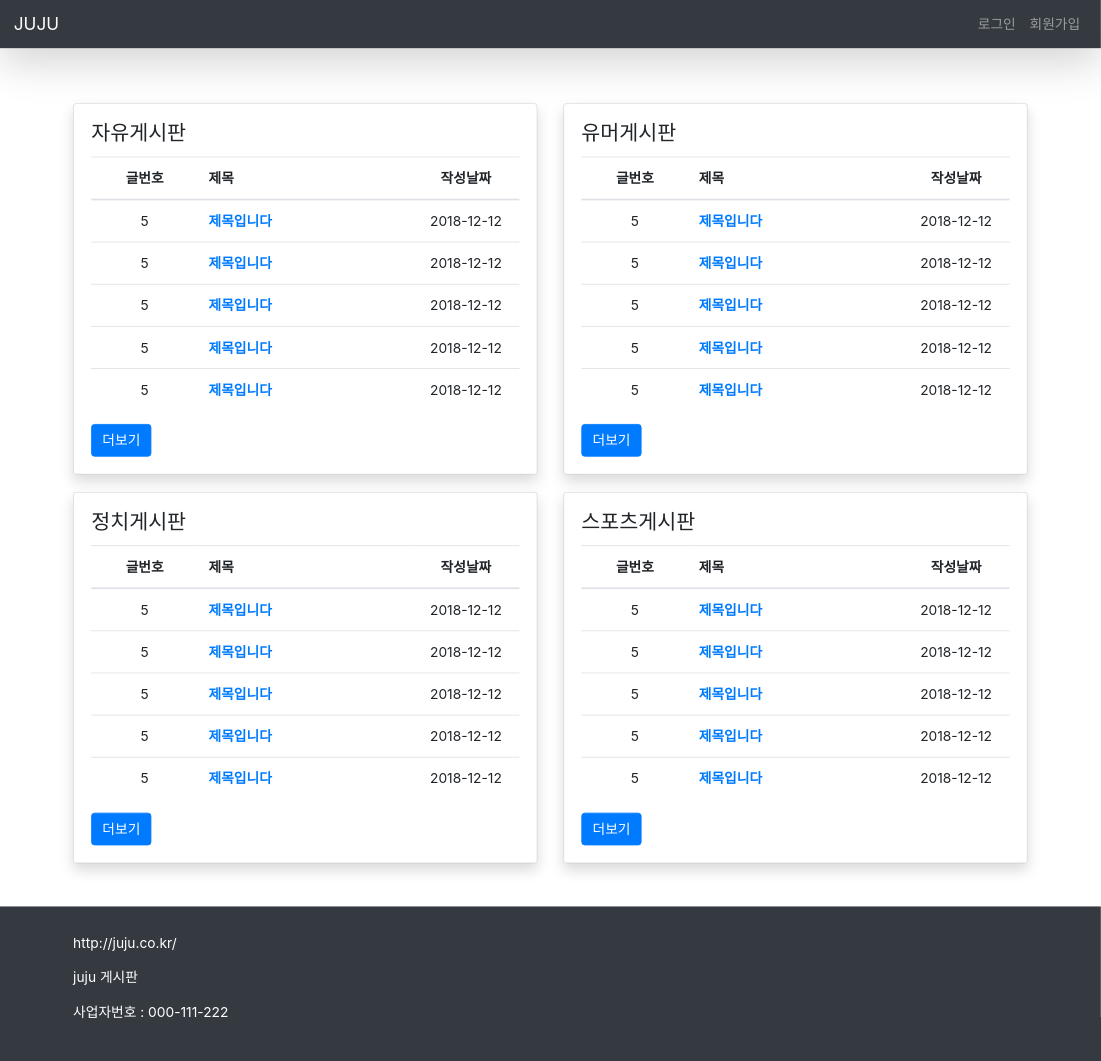
Repository: YeonJuJu/BoardProject
Page: http://localhost/projectJUJU/WEB-INF/view/main.jsp
An editor plug-in stored every save of this project. The page is shown before and after a run of saves, followed by the edit.
The browser window is 1280 px wide. The pictures show the whole page, at 86% of full size.
The page is served by Tomcat 9. Nobody is signed in. The template is opened directly, without the code that normally fills it, so the values that code supplies are empty.

Above is the page before, as saved 2021-04-09 03:02:01.

After the next 2 saves:
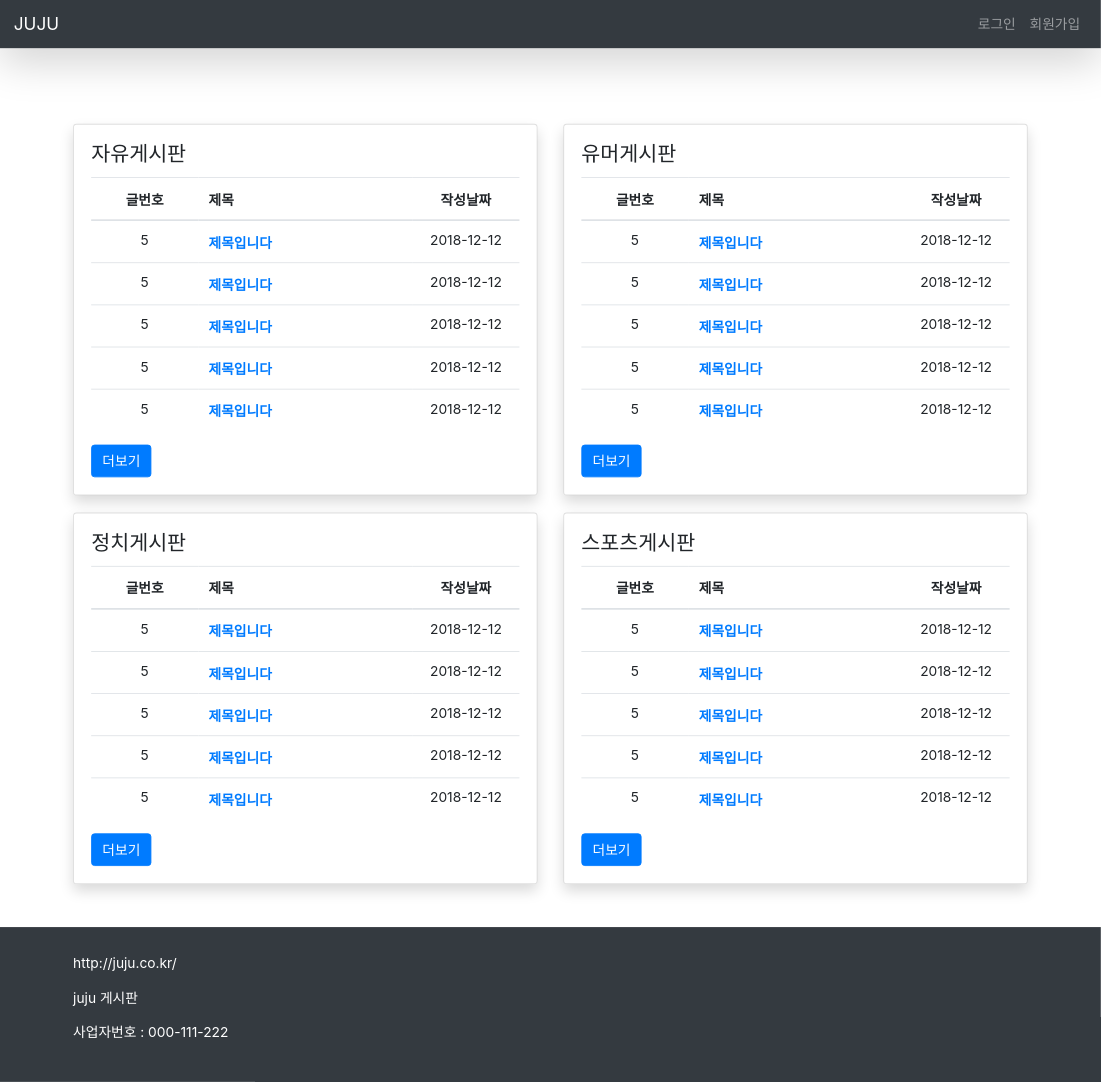
The 2 saves are shown as one change because they came seconds apart.
The last was saved 15 min 18 s later.
--- a/projectJUJU/WebContent/WEB-INF/view/main.jsp
+++ b/projectJUJU/WebContent/WEB-INF/view/main.jsp
@@ -3,7 +3,7 @@
 <%@ taglib prefix="c" uri="http://java.sun.com/jsp/jstl/core"%>
 
 <%-- <c:url var="root" value="${pageContext.request.contextPath }/" /> --%>
-<%-- <c:url var="root" value="/" /> --%>
+<c:url var="root" value="/" />%>
 
 <!DOCTYPE html>
 <html>
